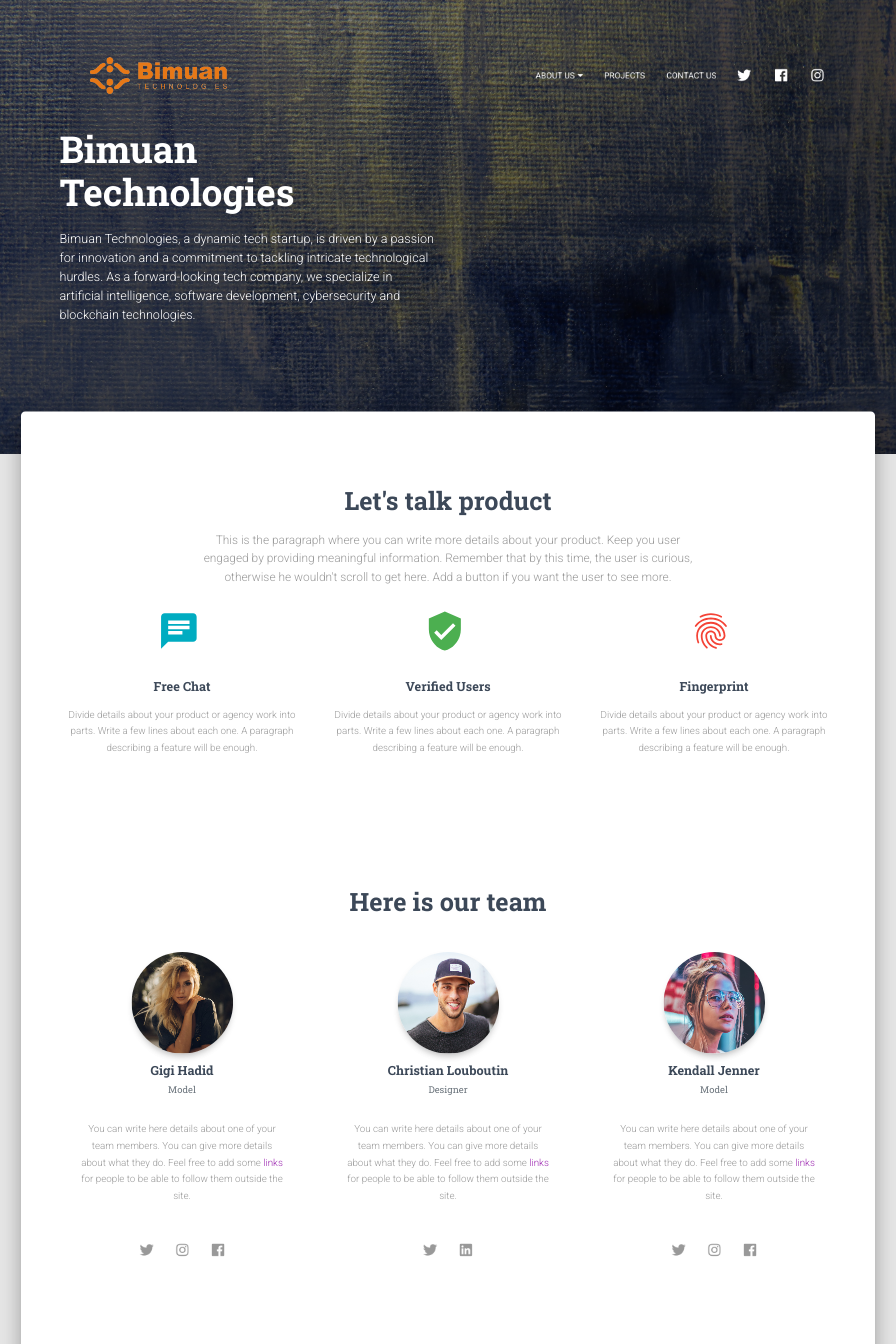
Repository: marcusdashe/bimuan-tech
Page: /
The author's editor kept a copy of each file at every save. The page is drawn from the files as they stood at one save, then again after the next save.
The browser window is 1280 px wide. The pictures show the part of the page from y = 0 to 1920 px (the page is 2679 px tall), at 70% of full size.
Some web libraries are served in a nearby version. The project was rebuilt for these pictures with package versions that can differ from the ones it lists, and the page was loaded fresh each time. The framework's server and built-in components were replaced by stand-ins that run in the browser. Also part of the build but not shown: next.config.js.

Above is the page before, as saved 2023-10-30 14:14:09.

### pages/_app.js
/*!

=========================================================
* NextJS Material Kit v1.2.2 based on Material Kit Free - v2.0.2 (Bootstrap 4.0.0 Final Edition) and Material Kit React v1.8.0
=========================================================

* Product Page: https://www.creative-tim.com/product/nextjs-material-kit
* Copyright 2023 Creative Tim (https://www.creative-tim.com)
* Licensed under MIT (https://github.com/creativetimofficial/nextjs-material-kit/blob/main/LICENSE.md)

* Coded by Creative Tim

=========================================================

* The above copyright notice and this permission notice shall be included in all copies or substantial portions of the Software.

*/
import React from "react";
import App from "next/app";
import Head from "next/head";
import "/styles/scss/nextjs-material-kit.scss?v=1.2.0";

export default class MyApp extends App {
  componentDidMount() {
    let comment = document.createComment(`

=========================================================
* NextJS Material Kit v1.2.2 based on Material Kit Free - v2.0.2 (Bootstrap 4.0.0 Final Edition) and Material Kit React v1.8.0
=========================================================

* Product Page: https://www.creative-tim.com/product/nextjs-material-kit
* Copyright 2023 Creative Tim (https://www.creative-tim.com)
* Licensed under MIT (https://github.com/creativetimofficial/nextjs-material-kit/blob/main/LICENSE.md)

* Coded by Creative Tim

=========================================================

* The above copyright notice and this permission notice shall be included in all copies or substantial portions of the Software.

`);
    document.insertBefore(comment, document.documentElement);
  }
  static async getInitialProps({ Component, router, ctx }) {
    let pageProps = {};

    if (Component.getInitialProps) {
      pageProps = await Component.getInitialProps(ctx);
    }

    return { pageProps };
  }
  render() {
    const { Component, pageProps } = this.props;

    return (
      <React.Fragment>
        <Head>
          <meta
            name="viewport"
            content="width=device-width, initial-scale=1, shrink-to-fit=no"
          />
          <title>Bimuan Technologies</title>
        </Head>
        <Component {...pageProps} />
      </React.Fragment>
    );
  }
}

### pages/index.js
// import React, { Component } from "react";
// import Router from "next/router";

// export default class Index extends Component {
//   componentDidMount = () => {
//     Router.push("/components");
//   };

//   render() {
//     return <div />;
//   }
// }

import React from "react";
// nodejs library that concatenates classes
import classNames from "classnames";
// @material-ui/core components
import { makeStyles } from "@material-ui/core/styles";

// @material-ui/icons

// core components
import Header from "/components/Header/Header.js";
import Footer from "/components/Footer/Footer.js";
import GridContainer from "/components/Grid/GridContainer.js";
import GridItem from "/components/Grid/GridItem.js";
import Button from "/components/CustomButtons/Button.js";
import HeaderLinks from "/components/Header/HeaderLinks.js";
import Parallax from "/components/Parallax/Parallax.js";

import styles from "/styles/jss/nextjs-material-kit/pages/landingPage.js";

// Sections for this page
import ProductSection from "/pages-sections/LandingPage-Sections/ProductSection.js";
import TeamSection from "/pages-sections/LandingPage-Sections/TeamSection.js";
import WorkSection from "/pages-sections/LandingPage-Sections/WorkSection.js";

const dashboardRoutes = [];

const useStyles = makeStyles(styles);

export default function LandingPage(props) {
  const classes = useStyles();
  const { ...rest } = props;
  return (
    <div>
      <Header
        color="transparent"
        routes={dashboardRoutes}
        brand="NextJS Material Kit"
        rightLinks={<HeaderLinks />}
        fixed
        changeColorOnScroll={{
          height: 400,
          color: "white",
        }}
        {...rest}
      />
      <Parallax filter responsive image="/img/hero.jpg">
        <div className={classes.container}>
          <GridContainer>
            <GridItem xs={12} sm={12} md={6}>
              <h1 className={classes.title}>Bimuan Technologies</h1>
              <h4>
                Bimuan Technologies, a dynamic tech startup, is driven by a
                passion for innovation and a commitment to tackling intricate
                technological hurdles. As a forward-looking tech company, we
                specialize in artificial intelligence, software development,
                cybersecurity and blockchain technologies.
              </h4>
              <br />
              {/* <Button
                color="danger"
                size="lg"
                href="https://www.youtube.com/watch?v=dQw4w9WgXcQ&ref=creativetim"
                target="_blank"
                rel="noopener noreferrer"
              >
                <i className="fas fa-play" />
                Watch video
              </Button> */}
            </GridItem>
          </GridContainer>
        </div>
      </Parallax>
      <div className={classNames(classes.main, classes.mainRaised)}>
        <div className={classes.container}>
          <ProductSection />
          <TeamSection />
          <WorkSection />
        </div>
      </div>
      <Footer />
    </div>
  );
}

### styles/scss/nextjs-material-kit.scss
/*!

=========================================================
* NextJS Material Kit v1.2.2 based on Material Kit Free - v2.0.2 (Bootstrap 4.0.0 Final Edition) and Material Kit React v1.8.0
=========================================================

* Product Page: https://www.creative-tim.com/product/nextjs-material-kit
* Copyright 2023 Creative Tim (https://www.creative-tim.com)
* Licensed under MIT (https://github.com/creativetimofficial/nextjs-material-kit/blob/main/LICENSE.md)

* Coded by Creative Tim

=========================================================

* The above copyright notice and this permission notice shall be included in all copies or substantial portions of the Software.

*/
@import "core/variables";
@import "core/mixins";

// Core Components
@import "core/misc";
@import "core/page-transition";

// Core Plugins

// @import "plugins/plugin-datetime-picker";
@import "plugins/plugin-nouislider";
@import "plugins/plugin-react-datetime";
@import "plugins/plugin-react-slick";

### styles/scss/core/variables/_shadow.scss
// Shadows (originally from mdl http://www.getmdl.io/)
$bmd-shadow-umbra-opacity: 0.2 !default;
$bmd-shadow-penumbra-opacity: 0.14 !default;
$bmd-shadow-ambient-opacity: 0.12 !default;

// Declare the following for reuse with both mixins and the bootstrap variables
$bmd-shadow-focus: 0 0 8px rgba($black, 0.18), 0 8px 16px rgba($black, 0.36);

$bmd-shadow-2dp: 0 2px 2px 0 rgba($black, $bmd-shadow-penumbra-opacity),
  0 3px 1px -2px rgba($black, $bmd-shadow-umbra-opacity),
  0 1px 5px 0 rgba($black, $bmd-shadow-ambient-opacity);

$bmd-shadow-3dp: 0 3px 4px 0 rgba($black, $bmd-shadow-penumbra-opacity),
  0 3px 3px -2px rgba($black, $bmd-shadow-umbra-opacity),
  0 1px 8px 0 rgba($black, $bmd-shadow-ambient-opacity);

$bmd-shadow-4dp: 0 4px 5px 0 rgba($black, $bmd-shadow-penumbra-opacity),
  0 1px 10px 0 rgba($black, $bmd-shadow-ambient-opacity),
  0 2px 4px -1px rgba($black, $bmd-shadow-umbra-opacity);

$bmd-shadow-6dp: 0 6px 10px 0 rgba($black, $bmd-shadow-penumbra-opacity),
  0 1px 18px 0 rgba($black, $bmd-shadow-ambient-opacity),
  0 3px 5px -1px rgba($black, $bmd-shadow-umbra-opacity);

$bmd-shadow-8dp: 0 8px 10px 1px rgba($black, $bmd-shadow-penumbra-opacity),
  0 3px 14px 2px rgba($black, $bmd-shadow-ambient-opacity),
  0 5px 5px -3px rgba($black, $bmd-shadow-umbra-opacity);

$bmd-shadow-16dp: 0 16px 24px 2px rgba($black, $bmd-shadow-penumbra-opacity),
  0 6px 30px 5px rgba($black, $bmd-shadow-ambient-opacity),
  0 8px 10px -5px rgba($black, $bmd-shadow-umbra-opacity);

$bmd-shadow-24dp: 0 9px 46px 8px rgba($black, $bmd-shadow-penumbra-opacity),
  0 11px 15px -7px rgba($black, $bmd-shadow-ambient-opacity),
  0 24px 38px 3px rgba($black, $bmd-shadow-umbra-opacity);

### styles/scss/core/variables/_functions.scss
// Bootstrap functions
//
// Utility mixins and functions for evalutating source code across our variables, maps, and mixins.

// Ascending
// Used to evaluate Sass maps like our grid breakpoints.
@mixin _assert-ascending($map, $map-name) {
  $prev-key: null;
  $prev-num: null;
  @each $key, $num in $map {
    @if $prev-num == null {
      // Do nothing
    } @else if not comparable($prev-num, $num) {
      @warn "Potentially invalid value for #{$map-name}: This map must be in ascending order, but key '#{$key}' has value #{$num} whose unit makes it incomparable to #{$prev-num}, the value of the previous key '#{$prev-key}' !";
    } @else if $prev-num >= $num {
      @warn "Invalid value for #{$map-name}: This map must be in ascending order, but key '#{$key}' has value #{$num} which isn't greater than #{$prev-num}, the value of the previous key '#{$prev-key}' !";
    }
    $prev-key: $key;
    $prev-num: $num;
  }
}

// Starts at zero
// Another grid mixin that ensures the min-width of the lowest breakpoint starts at 0.
@mixin _assert-starts-at-zero($map) {
  $values: map-values($map);
  $first-value: nth($values, 1);
  @if $first-value != 0 {
    @warn "First breakpoint in `$grid-breakpoints` must start at 0, but starts at #{$first-value}.";
  }
}

// Replace `$search` with `$replace` in `$string`
// Used on our SVG icon backgrounds for custom forms.
//
// @author Hugo Giraudel
// @param {String} $string - Initial string
// @param {String} $search - Substring to replace
// @param {String} $replace ('') - New value
// @return {String} - Updated string
@function str-replace($string, $search, $replace: "") {
  $index: str-index($string, $search);

  @if $index {
    @return str-slice($string, 1, $index - 1) + $replace +
      str-replace(
        str-slice($string, $index + str-length($search)),
        $search,
        $replace
      );
  }

  @return $string;
}

// Color contrast
@function color-yiq($color) {
  $r: red($color);
  $g: green($color);
  $b: blue($color);

  $yiq: (($r * 299) + ($g * 587) + ($b * 114)) / 1000;

  @if ($yiq >= $yiq-contrasted-threshold) {
    @return $yiq-text-dark;
  } @else {
    @return $yiq-text-light;
  }
}

// Retrieve color Sass maps
@function color($key: "blue") {
  @return map-get($colors, $key);
}

@function theme-color($key: "primary") {
  @return map-get($theme-colors, $key);
}

@function gray($key: "100") {
  @return map-get($grays, $key);
}

// Request a theme color level
@function theme-color-level($color-name: "primary", $level: 0) {
  $color: theme-color($color-name);
  $color-base: if($level > 0, #000, #fff);
  $level: abs($level);

  @return mix($color-base, $color, $level * $theme-color-interval);
}

### styles/scss/core/mixins/_colored-shadows.scss
@mixin shadow-big() {
  box-shadow: 0 16px 38px -12px rgba(0, 0, 0, $bmd-shadow-penumbra-opacity * 4),
    0 4px 25px 0px rgba(0, 0, 0, $bmd-shadow-ambient-opacity),
    0 8px 10px -5px rgba(0, 0, 0, $bmd-shadow-umbra-opacity);
}

@mixin shadow-big-image() {
  // new box shadow optimized for Tables and Phones
  box-shadow: 0 5px 15px -8px rgba(0, 0, 0, $bmd-shadow-ambient-opacity * 2),
    0 8px 10px -5px rgba(0, 0, 0, $bmd-shadow-umbra-opacity);
}

@mixin shadow-big-navbar() {
  box-shadow: 0 10px 20px -12px rgba(0, 0, 0, $bmd-shadow-penumbra-opacity * 3),
    0 3px 20px 0px rgba(0, 0, 0, $bmd-shadow-ambient-opacity),
    0 8px 10px -5px rgba(0, 0, 0, $bmd-shadow-umbra-opacity);
}

@mixin shadow-big-color($color) {
  // new box shadow optimized for Tables and Phones
  box-shadow: 0 5px 20px 0px rgba(0, 0, 0, 0.2),
    0 13px 24px -11px rgba($color, 0.6);
}

@mixin shadow-small-color($color) {
  // new box shadow optimized for Tablets and Phones
  box-shadow: 0 4px 20px 0px rgba(0, 0, 0, 0.14),
    0 7px 10px -5px rgba($color, 0.4);
}

@mixin shadow-navbar-color($color) {
  // new box shadow optimized for Tablets and Phones

  @if ($color == $white-color) {
    box-shadow: 0 4px 18px 0px rgba(0, 0, 0, 0.12),
      0 7px 10px -5px rgba(0, 0, 0, 0.15);
  } @else {
    box-shadow: 0 4px 20px 0px rgba(0, 0, 0, 0.14),
      0 7px 12px -5px rgba($color, 0.46);
  }
}

@mixin shadow-2dp() {
  box-shadow: 0 2px 2px 0 rgba(0, 0, 0, $bmd-shadow-penumbra-opacity),
    0 3px 1px -2px rgba(0, 0, 0, $bmd-shadow-ambient-opacity),
    0 1px 5px 0 rgba(0, 0, 0, $bmd-shadow-umbra-opacity);
}

@mixin shadow-4dp() {
  box-shadow: 0 4px 5px 0 rgba(0, 0, 0, $bmd-shadow-penumbra-opacity),
    0 1px 10px 0 rgba(0, 0, 0, $bmd-shadow-ambient-opacity),
    0 2px 4px -1px rgba(0, 0, 0, $bmd-shadow-umbra-opacity);
}

@mixin shadow-6dp() {
  box-shadow: 0 6px 10px 0 rgba(0, 0, 0, $bmd-shadow-penumbra-opacity),
    0 1px 18px 0 rgba(0, 0, 0, $bmd-shadow-ambient-opacity),
    0 3px 5px -1px rgba(0, 0, 0, $bmd-shadow-umbra-opacity);
}

@mixin shadow-8dp() {
  box-shadow: 0 8px 10px 1px rgba(0, 0, 0, $bmd-shadow-penumbra-opacity),
    0 3px 14px 2px rgba(0, 0, 0, $bmd-shadow-ambient-opacity),
    0 5px 5px -3px rgba(0, 0, 0, $bmd-shadow-umbra-opacity);
}

@mixin shadow-16dp() {
  box-shadow: 0 16px 24px 2px rgba(0, 0, 0, $bmd-shadow-penumbra-opacity),
    0 6px 30px 5px rgba(0, 0, 0, $bmd-shadow-ambient-opacity),
    0 8px 10px -5px rgba(0, 0, 0, $bmd-shadow-umbra-opacity);
}

@mixin shadow-2dp-color($color) {
  box-shadow: 0 2px 2px 0 rgba($color, $bmd-shadow-penumbra-opacity),
    0 3px 1px -2px rgba($color, $bmd-shadow-umbra-opacity),
    0 1px 5px 0 rgba($color, $bmd-shadow-ambient-opacity);
}

@mixin shadow-4dp-color($color) {
  box-shadow: 0 4px 5px 0 rgba($color, $bmd-shadow-penumbra-opacity),
    0 1px 10px 0 rgba($color, $bmd-shadow-ambient-opacity),
    0 2px 4px -1px rgba($color, $bmd-shadow-umbra-opacity);
}

@mixin shadow-8dp-color($color) {
  box-shadow: 0 8px 10px 1px rgba($color, $bmd-shadow-penumbra-opacity),
    0 3px 14px 2px rgba(0, 0, 0, $bmd-shadow-ambient-opacity),
    0 5px 5px -3px rgba($color, $bmd-shadow-umbra-opacity);
}

@mixin shadow-16dp-color($color) {
  box-shadow: 0 16px 24px 2px rgba($color, $bmd-shadow-penumbra-opacity),
    0 6px 30px 5px rgba(0, 0, 0, $bmd-shadow-ambient-opacity),
    0 8px 10px -5px rgba($color, $bmd-shadow-umbra-opacity);
}

@mixin button-shadow-color($color) {
  box-shadow: 0 14px 26px -12px rgba($color, $bmd-shadow-penumbra-opacity * 3),
    0 4px 23px 0px rgba(0, 0, 0, $bmd-shadow-ambient-opacity),
    0 8px 10px -5px rgba($color, $bmd-shadow-umbra-opacity);
}

@mixin shadow-z-1() {
  box-shadow: 0 1px 6px 0 rgba(0, 0, 0, 0.12), 0 1px 6px 0 rgba(0, 0, 0, 0.12);
}

@mixin shadow-z-1-hover() {
  box-shadow: 0 5px 11px 0 rgba(0, 0, 0, 0.18), 0 4px 15px 0 rgba(0, 0, 0, 0.15);
}

@mixin shadow-z-2() {
  box-shadow: 0 8px 17px 0 rgba(0, 0, 0, 0.2), 0 6px 20px 0 rgba(0, 0, 0, 0.19);
}

@mixin shadow-z-3() {
  box-shadow: 0 12px 15px 0 rgba(0, 0, 0, 0.24),
    0 17px 50px 0 rgba(0, 0, 0, 0.19);
}

@mixin shadow-z-4() {
  box-shadow: 0 16px 28px 0 rgba(0, 0, 0, 0.22),
    0 25px 55px 0 rgba(0, 0, 0, 0.21);
}

@mixin shadow-z-5() {
  box-shadow: 0 27px 24px 0 rgba(0, 0, 0, 0.2),
    0 40px 77px 0 rgba(0, 0, 0, 0.22);
}

### styles/scss/core/_misc.scss
html * {
  -webkit-font-smoothing: antialiased;
  -moz-osx-font-smoothing: grayscale;
}
body {
  font-size: 1rem;
}
body,
h1,
h2,
h3,
h4,
h5,
h6 {
  font-family: "Roboto", "Helvetica", "Arial", sans-serif;
  font-weight: 300;
  line-height: 1.5em;
}
h1,
h2,
h3,
h4,
h5,
h6 {
  color: inherit;
}
h1,
h2,
h3 {
  margin-top: 20px;
  margin-bottom: 10px;
}
h4,
h5,
h6 {
  margin-top: 10px;
  margin-bottom: 10px;
}
h1 {
  font-size: 3.3125rem;
  line-height: 1.15em;
}
h2 {
  font-size: 2.25rem;
  line-height: 1.5em;
}
h3 {
  font-size: 1.5625rem;
  line-height: 1.4em;
}
h4 {
  font-size: 1.125rem;
  line-height: 1.5em;
}
h5 {
  font-size: 1.0625rem;
  line-height: 1.55em;
}
h6 {
  font-size: 0.75rem;
  text-transform: uppercase;
  font-weight: 500;
}
p {
  font-size: 14px;
  margin: 0 0 10px;
}
html {
  font-family: sans-serif;
  line-height: 1.15;
  -webkit-text-size-adjust: 100%;
  -ms-text-size-adjust: 100%;
  -ms-overflow-style: scrollbar;
  -webkit-tap-highlight-color: transparent;
}
body {
  background-color: #e5e5e5;
  color: $black-color;
  margin: 0;
  font-size: 1rem;
  text-align: left;
}

legend {
  border-bottom: 0;
}

// Prevent highlight on mobile
* {
  -webkit-tap-highlight-color: rgba(255, 255, 255, 0);
  -webkit-tap-highlight-color: transparent;
  box-sizing: border-box;
  &:focus {
    outline: 0;
  }
}

a {
  color: $link-color;
  text-decoration: none;
  background-color: transparent;
  &:hover,
  &:focus {
    color: darken($link-color, 5%);
    text-decoration: none;
  }
}

label {
  font-size: 14px;
  line-height: 1.42857;
  color: $checkboxes-text-color;
  font-weight: 400;
}
small {
  font-size: 75%;
  color: #777;
  font-weight: 400;
}
img {
  vertical-align: middle;
  border-style: none;
}
form {
  margin-bottom: 1.125rem;
}

Loaded but not shown: styles/scss/core/_variables.scss (common file); styles/scss/core/variables/_bootstrap-material-design-base.scss (common file); styles/scss/core/variables/_brand.scss (common file); styles/scss/core/variables/_bootstrap-material-design.scss (common file); styles/scss/core/_mixins.scss (common file); styles/scss/core/_page-transition.scss (common file); styles/scss/plugins/_plugin-nouislider.scss (common file); styles/scss/plugins/_plugin-react-datetime.scss (common file); styles/scss/plugins/_plugin-react-slick.scss (common file); styles/jss/nextjs-material-kit/components/cardStyle.js (common file); styles/jss/nextjs-material-kit/components/cardBodyStyle.js (common file); styles/jss/nextjs-material-kit/components/cardFooterStyle.js (common file); styles/jss/nextjs-material-kit/components/buttonStyle.js (385 lines, source omitted); pages-sections/LandingPage-Sections/TeamSection.js (171 lines, source omitted); styles/jss/nextjs-material-kit.js (266 lines, source omitted); components/CustomDropdown/CustomDropdown.js (198 lines, source omitted); components/Header/Header.js (159 lines, source omitted); styles/jss/nextjs-material-kit/components/customDropdownStyle.js (188 lines, source omitted); components/Header/HeaderLinks.js (130 lines, source omitted); styles/jss/nextjs-material-kit/components/headerStyle.js (165 lines, source omitted); components/Footer/Footer.js (91 lines, source omitted); styles/jss/nextjs-material-kit/components/headerLinksStyle.js (125 lines, source omitted); pages-sections/LandingPage-Sections/ProductSection.js (67 lines, source omitted); pages/_document.js (92 lines, source omitted); components/CustomInput/CustomInput.js (91 lines, source omitted); pages-sections/LandingPage-Sections/WorkSection.js (71 lines, source omitted); components/Parallax/Parallax.js (69 lines, source omitted); components/CustomButtons/Button.js (84 lines, source omitted); styles/jss/nextjs-material-kit/components/customInputStyle.js (89 lines, source omitted); components/InfoArea/InfoArea.js (56 lines, source omitted); styles/jss/nextjs-material-kit/components/footerStyle.js (59 lines, source omitted); styles/jss/nextjs-material-kit/components/infoStyle.js (68 lines, source omitted); components/Card/Card.js (36 lines, source omitted); styles/jss/nextjs-material-kit/imagesStyles.js (44 lines, source omitted); components/Card/CardFooter.js (32 lines, source omitted); components/Card/CardBody.js (32 lines, source omitted); styles/jss/nextjs-material-kit/pages/landingPageSections/teamStyle.js (47 lines, source omitted); components/Grid/GridItem.js (38 lines, source omitted); components/Grid/GridContainer.js (36 lines, source omitted); styles/jss/nextjs-material-kit/pages/landingPage.js (36 lines, source omitted); styles/jss/nextjs-material-kit/components/parallaxStyle.js (40 lines, source omitted); styles/jss/nextjs-material-kit/tooltipsStyle.js (29 lines, source omitted); styles/jss/nextjs-material-kit/pages/landingPageSections/workStyle.js (28 lines, source omitted); styles/jss/nextjs-material-kit/pages/landingPageSections/productStyle.js (20 lines, source omitted); styles/scss/core/variables/_variables.scss (945 lines, source omitted); styles/scss/core/variables/_colors.scss (315 lines, source omitted)

After the next save:
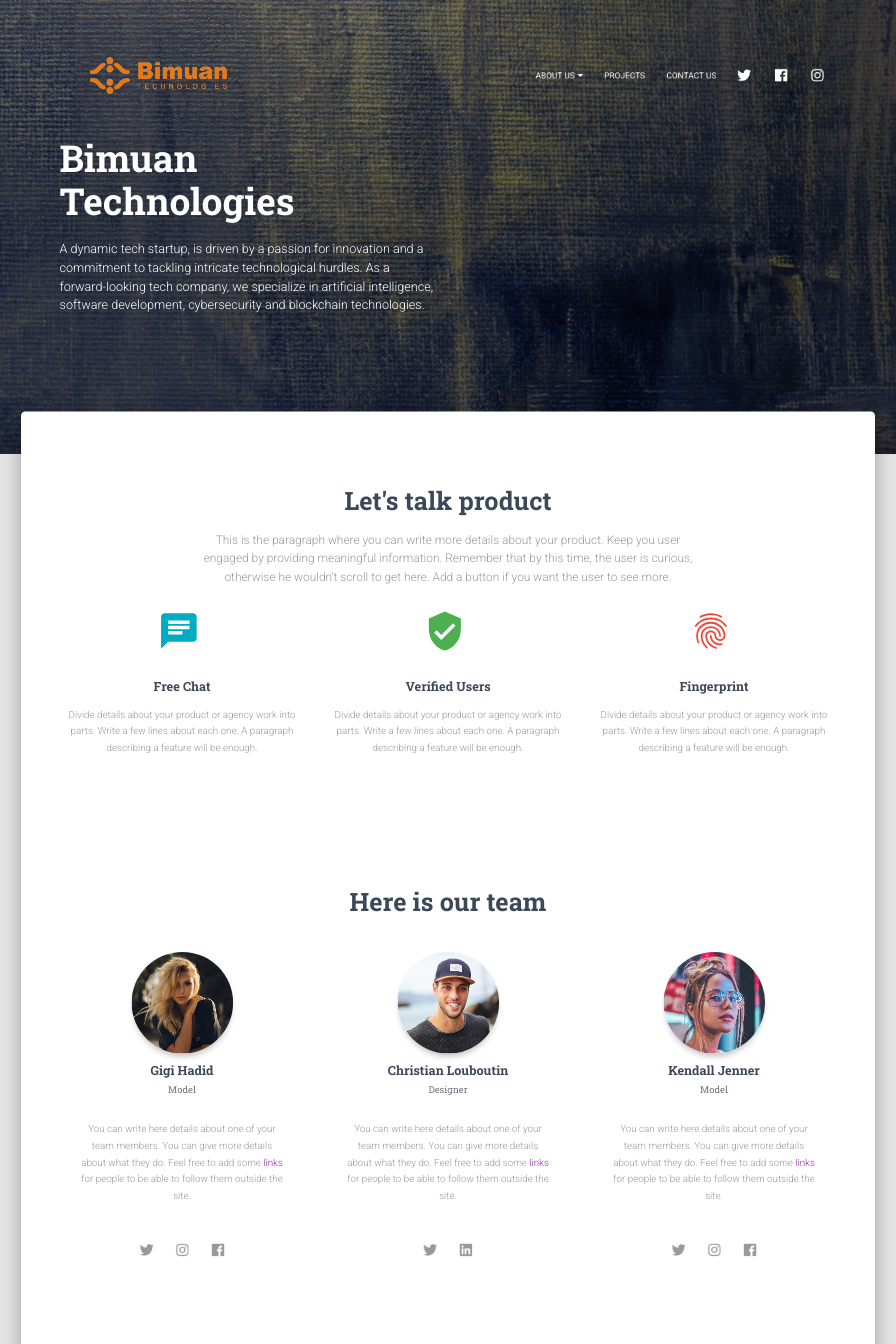
Saved 47 s later.
--- a/pages/index.js
+++ b/pages/index.js
@@ -62,11 +62,11 @@
             <GridItem xs={12} sm={12} md={6}>
               <h1 className={classes.title}>Bimuan Technologies</h1>
               <h4>
-                Bimuan Technologies, a dynamic tech startup, is driven by a
-                passion for innovation and a commitment to tackling intricate
-                technological hurdles. As a forward-looking tech company, we
-                specialize in artificial intelligence, software development,
-                cybersecurity and blockchain technologies.
+                A dynamic tech startup, is driven by a passion for innovation
+                and a commitment to tackling intricate technological hurdles. As
+                a forward-looking tech company, we specialize in artificial
+                intelligence, software development, cybersecurity and blockchain
+                technologies.
               </h4>
               <br />
               {/* <Button
